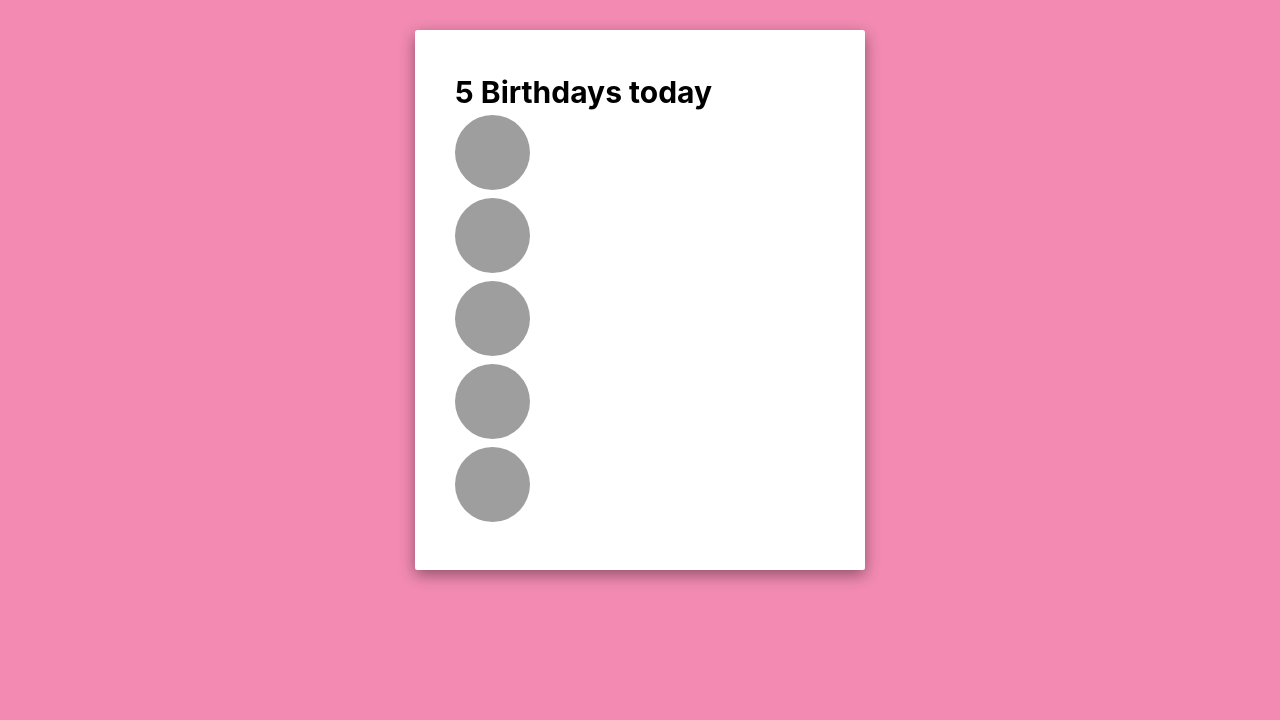
Repository: thaiduy1704/ReactTypeScript-Basic
Page: / (app in 01-birthday-reminder/)
An editor plug-in stored every save of this project. The page is shown before and after a run of saves, followed by the edit.
The browser window is 1280 px wide. The pictures show the whole page.
Pictures or frames that could not be fetched are drawn as grey boxes. The project was rebuilt for these pictures with package versions that can differ from the ones it lists, and the page was loaded fresh each time.

Above is the page before, as saved 2022-08-05 16:20:47.

After the next 2 saves:
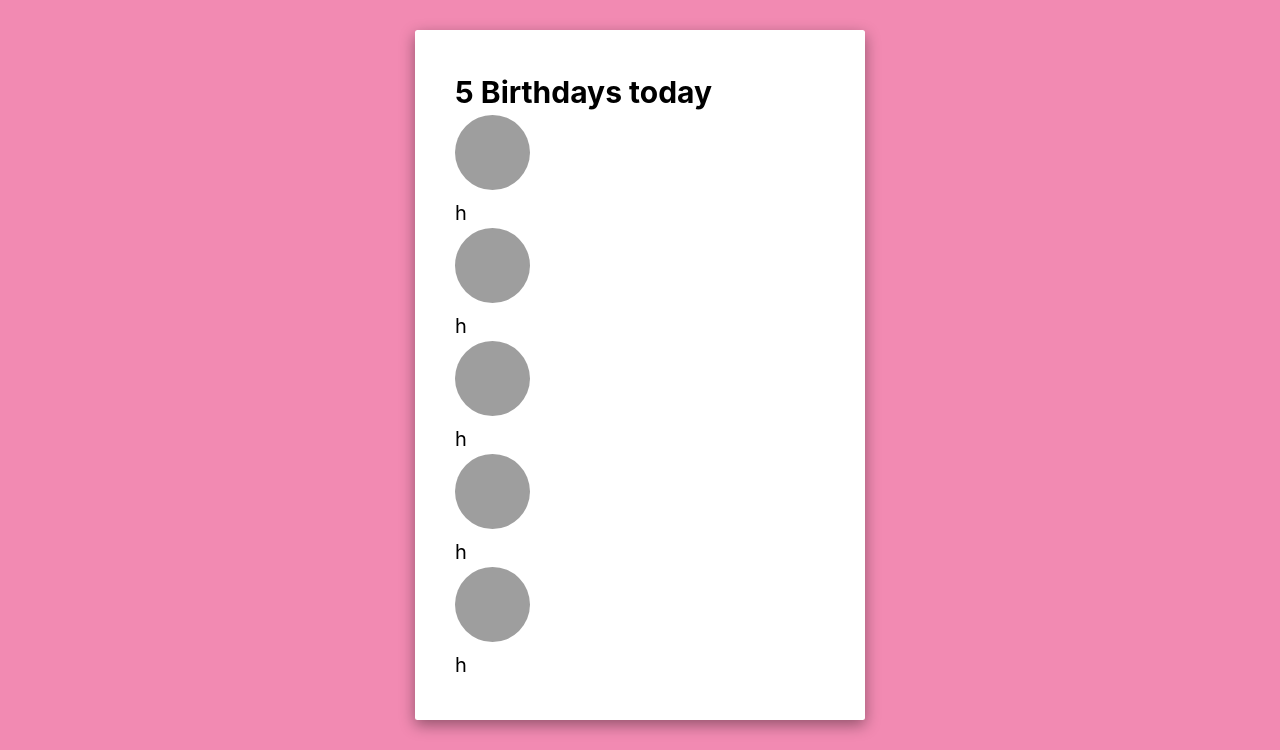
The 2 saves are shown as one change because they came seconds apart.
The last was saved 17 s later.
--- a/01-birthday-reminder/src/components/Person.tsx
+++ b/01-birthday-reminder/src/components/Person.tsx
@@ -12,6 +12,9 @@ const Person: React.FC<PersonType> = ({ id, name, age, image }) => {
   return (
     <Wrapper>
       <img src={image} alt={name} />
+      <div>
+        h
+      </div>
     </Wrapper>
   );
 };
